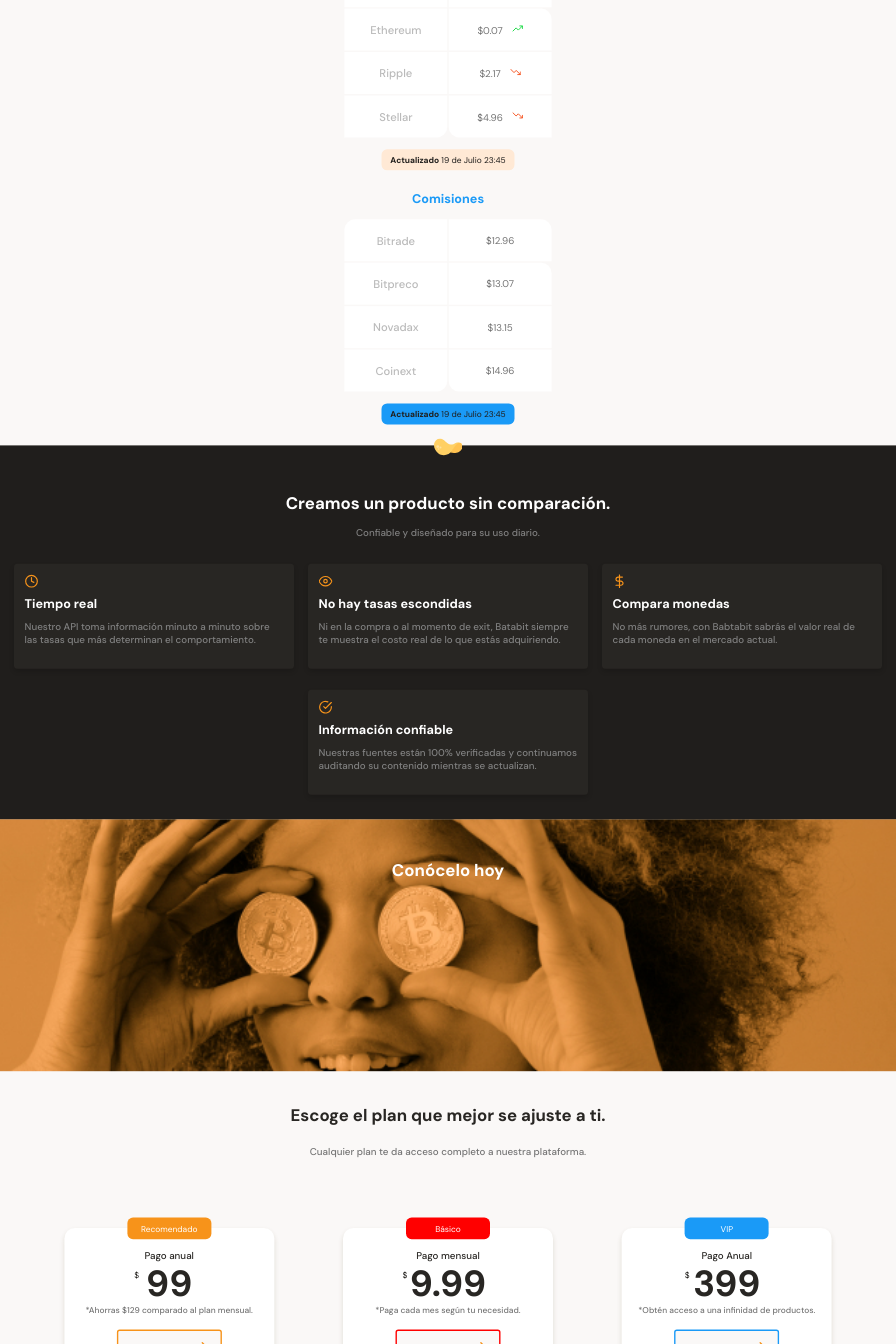
Repository: ChristianGecchelin/spa-full-css-html
Page: index.html
These files come from the project's save history. The page is drawn as it stood at one moment and after the next save; the edit follows.
The browser window is 1280 px wide. The pictures show the part of the page from y = 855 to 2775 px (the page is 3096 px tall), at 70% of full size.

Above is the page before, as saved 2021-11-29 23:43:22.

### index.html
<!DOCTYPE html>
<html lang="en">
  <head>
    <meta charset="UTF-8" />
    <meta http-equiv="X-UA-Compatible" content="IE=edge" />
    <meta name="viewport" content="width=device-width, initial-scale=1.0" />
    <title></title>
    <link rel="preconnect" href="https://fonts.googleapis.com" />
    <link rel="preconnect" href="https://fonts.gstatic.com" crossorigin />
    <link
      href="https://fonts.googleapis.com/css2?family=DM+Sans:wght@400;500;700&family=Inter:wght@300;500&display=swap"
      rel="stylesheet"
    />
    <link rel="stylesheet" href="./styles/styles.css" />
    <link
      rel="stylesheet"
      href="./styles/tablet.css"
      media="(min-width:930px)"
    />
  </head>
  <!-- shift+alt+A para comentar -->
  <body>
    <header>
      <!-- Las etiquetas principales no necesitan ponerle clase porque solo hay una en el archivo -->
      <img src="./assets/img/logo.svg" alt="logo" />
      <div class="header--title-container">
        <h1>La próxima revolución en el intercambio de criptomonedas.</h1>
        <p>
          Batatabit te ayuda a navegar entre los diferentes precios y
          tendencias.
        </p>
        <a class="header--button" href="#plans"
          >Conoce Nuestros Planes <span></span
        ></a>
      </div>
    </header>
    <main>
      <section class="main-exchange-container">
        <div class="backgroundImg"></div>
        <div class="main-exchange-container--title">
          <h2>Visibilizamos todas las tasas de cambio.</h2>
          <p>
            Traemos información en tiempo real de las casas de cambio y las
            monedas más importantes del mundo.
          </p>
        </div>
        <section class="main-tables-container">
          <!-- creo otra seccion porque tengo mucha información para mostrar -->
          <div class="main-currency-table">
            <p class="currency-table--title">Monedas</p>
            <div class="currency-table--container">
              <table>
                <tr>
                  <!-- table row --><!-- table data, info de la tabla -->
                  <td class="table__top-left">Bitcoin</td>
                  <td class="table__top-right table__right">
                    $1.96 <span class="down"></span>
                  </td>
                </tr>
                <tr>
                  <td>Ethereum</td>
                  <td class="table__top-right table__right">
                    $0.07 <span class="up"></span>
                  </td>
                </tr>
                <tr>
                  <td>Ripple</td>
                  <td class="table__right">$2.17 <span class="down"></span></td>
                </tr>
                <tr>
                  <td class="table__bottom-left">Stellar</td>
                  <td class="table__bottom-right table__right">
                    $4.96 <span class="down"></span>
                  </td>
                </tr>
              </table>
            </div>
            <div class="currency-table--date">
              <p><b>Actualizado</b> 19 de Julio 23:45</p>
            </div>
          </div>
          <div class="main-comissions-table">
            <p class="comissions-table--title">Comisiones</p>
            <div class="comissions-table--container">
              <table>
                <tr>
                  <!-- table row --><!-- table data, info de la tabla -->
                  <td class="table__top-left">Bitrade</td>
                  <td class="table__top-right table__right">$12.96</td>
                </tr>
                <tr>
                  <td>Bitpreco</td>
                  <td class="table__top-right table__right">$13.07</td>
                </tr>
                <tr>
                  <td>Novadax</td>
                  <td class="table__right">$13.15</td>
                </tr>
                <tr>
                  <td class="table__bottom-left">Coinext</td>
                  <td class="table__bottom-right table__right">$14.96</td>
                </tr>
              </table>
            </div>
            <div class="comissions-table--date">
              <p><b>Actualizado</b> 19 de Julio 23:45</p>
            </div>
          </div>
        </section>
      </section>
      <section class="main-product-detail">
        <span class="product-detail--batata-logo"></span>
        <div class="product-detail--title">
          <h2>Creamos un producto sin comparación.</h2>
          <p>Confiable y diseñado para su uso diario.</p>
        </div>
        <section class="product-cards--container">
          <article class="product-detail--card">
            <span class="clock"></span>
            <p class="product--card-title">Tiempo real</p>
            <p class="product--card-body">
              Nuestro API toma información minuto a minuto sobre las tasas que
              más determinan el comportamiento.
            </p>
          </article>
          <article class="product-detail--card">
            <span class="eye"></span>
            <p class="product--card-title">No hay tasas escondidas</p>
            <p class="product--card-body">
              Ni en la compra o al momento de exit, Batabit siempre te muestra
              el costo real de lo que estás adquiriendo.
            </p>
          </article>
          <article class="product-detail--card">
            <span class="dollar"></span>
            <p class="product--card-title">Compara monedas</p>
            <p class="product--card-body">
              No más rumores, con Babtabit sabrás el valor real de cada moneda
              en el mercado actual.
            </p>
          </article>
          <article class="product-detail--card">
            <span class="check"></span>
            <p class="product--card-title">Información confiable</p>
            <p class="product--card-body">
              Nuestras fuentes están 100% verificadas y continuamos auditando su
              contenido mientras se actualizan.
            </p>
          </article>
        </section>
      </section>
      <section class="bitcoin-img-container">
        <h2>Conócelo hoy</h2>
      </section>
      <section id="plans" class="main-plans-container">
        <div class="plans--title">
          <h2>Escoge el plan que mejor se ajuste a ti.</h2>
          <p>Cualquier plan te da acceso completo a nuestra plataforma.</p>
        </div>
        <section class="plans-container--slider">
          <article class="plans-container--card">
            <p class="recomendado">Recomendado</p>
            <div class="plan-info-container">
              <h3 class="plan-card--title">Pago anual</h3>
              <p class="plan-card--price"><span class="chico">$</span> 99</p>
              <p class="plan-card--saving">
                *Ahorras $129 comparado al plan mensual.
              </p>
              <button class="plan-card--ca">Escoger este <span></span></button>
            </div>
          </article>
          <article class="plans-container--card">
            <p class="basico">Básico</p>
            <div class="plan-info-container">
              <h3 class="plan-card--title">Pago mensual</h3>
              <p class="plan-card--price"><span class="ancho">$</span> 9.99</p>
              <p class="plan-card--saving">
                *Paga cada mes según tu necesidad.
              </p>
              <button class="plan-card--car">Escoger este <span></span></button>
            </div>
          </article>
          <article class="plans-container--card">
            <p class="vip">VIP</p>
            <div class="plan-info-container">
              <h3 class="plan-card--title">Pago Anual</h3>
              <p class="plan-card--price"><span class="normal">$</span> 399</p>
              <p class="plan-card--saving">
                *Obtén acceso a una infinidad de productos.
              </p>
              <button class="plan-card--cab">Escoger este <span></span></button>
            </div>
          </article>
        </section>
      </section>
    </main>
    <footer>
      <section class="left">
        <ul>
          <li><a href="#">Linkedin</a></li>
          <li><a href="#">Github</a></li>
          <li><a href="#">Twitter</a></li>
        </ul>
      </section>
      <section class="right">
        <img src="assets/img/logo-footer.svg" alt="Logo Batabit 2020" />
      </section>
    </footer>
  </body>
</html>

### styles/styles.css
/* shift+alt+A para comentar */
/*  1° estilos relacionados a posicionamiento
    2° Modelo de caja (box model width height lo que da dimensión)
    3° Tipografías
    4° Visuales (sombras)
    5° Otros */
:root {
  /* colores (creo variables para no andar buscando los codigos */
  --bitcoin-orange: #f7931a;
  --soft-orange: #ffe9d5;
  --secondary-blue: #1a9af7;
  --soft-blue: #e7f5ff;
  --warm-black: #201e1c;
  --black: #282623;
  --grey: #bababa;
  --off-white: #faf8f7;
  --just-white: #fff;
}
* {
  box-sizing: border-box;
  margin: 0;
  padding: 0;
}
html {
  font-size: 62.5%;
  font-family: "DM Sans", sans-serif;
}
header {
  position: relative;
  display: flex;
  flex-direction: column;
  justify-content: center;
  width: 100%;
  min-width: 320px; /* dimensión más chica en moviles */
  height: 334px;
  text-align: center;
  background: linear-gradient(
    207.8deg,
    #201e1c 16.69%,
    #f7931a 100%
  ); /* el fondo con gradiente */
}
header img {
  width: 150px;
  height: 24px;
  margin-top: 60px;
  align-self: center; /* alineo al hijo (el padre debe tener flex) este caso es alineado horizontal porque el flex-direction es column */
}
.header--title-container {
  width: 90%; /* ocupa el 90% entre 288 y 900px */
  min-width: 288px;
  max-width: 900px;
  height: 218px;
  margin-top: 40px;
  text-align: center;
  align-self: center; /* centro el contenedor */
}
.header--title-container h1 {
  font-size: 2.4rem;
  font-weight: 700;
  line-height: 2.6rem;
  color: var(
    --just-white
  ); /* llamo la variable que cree en root para los colores */
}
.header--title-container p {
  margin-top: 25px;
  font-size: 1.4rem;
  font-weight: 500;
  line-height: 1.8rem;
  color: var(--soft-orange);
}
.header--title-container .header--button {
  position: absolute;
  top: 270px;
  left: calc(
    50% - 118px
  ); /* es importante dejar espacios entre el signo menos y los valores */
  display: block;
  margin-top: 35px;
  padding: 15px;
  width: 229px;
  height: 48px;
  background-color: var(--off-white);
  font-size: 1.4rem;
  font-weight: 700;
  text-decoration: none;
  color: var(--black);
  /* sombras */
  box-shadow: 0px 4px 8px rgba(89, 73, 30, 0.16);
  border: none;
  border-radius: 5px;
}
.header--button span {
  display: inline-block;
  width: 13px;
  height: 8px;
  margin-left: 10px;
  background-image: url(../assets/icons/down-arrow.svg);
}
main {
  width: 100%;
  height: auto;
  background-color: var(--off-white);
  min-width: 320px;
}
.main-exchange-container {
  width: 100%;
  height: auto;
  padding-top: 80px;
  padding-bottom: 30px;
  text-align: center;
}
.main-exchange-container--title {
  width: 90%;
  min-width: 288px;
  max-width: 900px;
  margin: 0 auto;
}
.main-exchange-container .backgroundImg {
  /* le tengo que dar dimensiones porque en el html la imagen no existe */
  width: 200px;
  height: 200px;
  margin: 0 auto;
  margin-bottom: 50px;
  background-image: url(../assets/img/Bitcoin.svg);
  background-size: cover;
  background-position: center;
  background-repeat: no-repeat; /* con estas propiedades de background garantizo que la imagen siempre va a estar centrada y que ocupe el espacio correcto */
}
.main-exchange-container h2 {
  margin-bottom: 30px;
  font-size: 2.4rem;
  font-weight: 700;
  line-height: 2.6rem;
  color: var(--black);
}
.main-exchange-container p {
  margin-bottom: 30px;
  font-size: 1.4rem;
  font-weight: 500;
  line-height: 1.6rem;
  color: #757575;
}
.main-currency-table .main-comissions-table {
  width: 70%;
  min-width: 235px;
  max-width: 500px;
  height: 360px;
  margin: 0 auto;
  font-family: "inter", "sans-serif";
}
.main-currency-table .currency-table--title,
.main-comissions-table .comissions-table--title {
  margin-bottom: 15px;
  font-size: 1.8rem;
  font-weight: bold;
  line-height: 2.3rem;
  color: var(--bitcoin-orange);
}
.main-comissions-table .comissions-table--title {
  margin-top: 30px;
  color: var(--secondary-blue);
}
.main-currency-table .currency-table--container,
.main-comissions-table .comissions-table--container {
  width: 90%;
  min-width: 230px;
  max-width: 300px;
  height: 250px;
  margin: 0 auto;
}
.currency-table--container table,
.comissions-table--container table {
  width: 100%;
  height: 100%;
}
.currency-table--container td,
.comissions-table--container td {
  width: 50%;
  font-size: 1.6rem;
  font-weight: 500;
  line-height: 1.9rem;
  color: var(--grey);
  background-color: var(--just-white);
}
.currency-table--container .table__top-left,
.comissions-table--container .table__top-left {
  border-radius: 15px 0 0 0;
}
.currency-table--container .table__top-right,
.comissions-table--container .table__top-right {
  border-radius: 0 15px 0 0;
}
.currency-table--container .table__bottom-left,
.comissions-table--container .table__bottom-left {
  border-radius: 0 0 15px 0;
}
.currency-table--container .table__bottom-right,
.comissions-table--container .table__bottom-right {
  border-radius: 0 0 0 15px;
}
.currency-table--container .table__right,
.comissions-table--container .table__right {
  font-size: 1.4rem;
  font-weight: normal;
  line-height: 1.7rem;
  color: #757575;
}
.currency-table--container .down,
.main-comissions-table .down {
  display: inline-block;
  width: 15px;
  height: 15px;
  margin-left: 10px;
  background-image: url(../assets/icons/trending-down.svg);
  background-size: cover;
  background-position: center;
  background-repeat: no-repeat;
}
.currency-table--container .up,
.main-comissions-table .up {
  display: inline-block;
  width: 15px;
  height: 15px;
  margin-left: 10px;
  background-image: url(../assets/icons/trending-up.svg);
  background-size: cover;
  background-position: center;
  background-repeat: no-repeat;
}
.currency-table--date,
.comissions-table--date {
  width: 190px;
  height: 30px;
  margin: 0 auto;
  margin-top: 15px;
  padding: 8px;
  background-color: var(--soft-orange);
  border-radius: 8px;
}
.comissions-table--date {
  background-color: var(--secondary-blue);
}
.currency-table--date p,
.comissions-table--date p {
  font-size: 1.2rem;
  line-height: 1.5rem;
  color: var(--warm-black);
  font-weight: 300;
}
.main-product-detail {
  position: relative;
  width: 100%;
  min-width: 320px;
  height: auto;
  padding: 20px 10px;
  background-color: var(--warm-black);
}
.product-detail--batata-logo {
  position: absolute;
  width: 40px;
  height: 25px;
  top: -10px;
  left: calc(50% - 20px); /* 20px porque es la mitad del width */
  background-image: url(../assets/icons/batata.svg);
}
.product-detail--title {
  width: 90%;
  min-width: 288px;
  height: auto;
  margin: 0 auto;
  margin-top: 50px;
  text-align: center;
}
.product-detail--title h2 {
  margin-bottom: 20px;
  font-size: 2.4rem;
  font-weight: 700;
  line-height: 2.6rem;
  color: var(--just-white);
}
.product-detail--title {
  margin-bottom: 20px;
  font-size: 1.4rem;
  font-weight: 500;
  line-height: 1.8rem;
  color: #808080;
}
.product-detail--card {
  width: 90%;
  min-width: 288px;
  max-width: 400px;
  height: 150px;
  margin: 15px auto;
  padding: 15px;
  background-color: var(--black);
  border-radius: 5px;
  box-shadow: 0 4px 8px rgba(0, 0, 0, 0.16);
}
.product-detail--card .clock {
  display: inline-block;
  width: 20px;
  height: 20px;
  margin-bottom: 10px;
  background-image: url(../assets/icons/clock.svg);
  background-size: cover;
  background-position: center;
  background-repeat: no-repeat;
}
.product-detail--card .eye {
  display: inline-block;
  width: 20px;
  height: 20px;
  margin-bottom: 10px;
  background-image: url(../assets/icons/eye.svg);
  background-size: cover;
  background-position: center;
  background-repeat: no-repeat;
}
.product-detail--card .dollar {
  display: inline-block;
  width: 20px;
  height: 20px;
  margin-bottom: 10px;
  background-image: url(../assets/icons/dollar-sign.svg);
  background-size: cover;
  background-position: center;
  background-repeat: no-repeat;
}
.product-detail--card .check {
  display: inline-block;
  width: 20px;
  height: 20px;
  margin-bottom: 10px;
  background-image: url(../assets/icons/check-circle.svg);
  background-size: cover;
  background-position: center;
  background-repeat: no-repeat;
}
.product--card-title {
  margin-bottom: 15px;
  font-size: 1.8rem;
  font-weight: 700;
  line-height: 1.8rem;
  color: var(--just-white);
}
.product--card-body {
  font-size: 1.4rem;
  font-weight: 500;
  line-height: 1.8rem;
  color: #808080;
}
.bitcoin-img-container {
  width: 100%;
  min-width: 320px;
  height: 50vh;
  background-image: url("../assets/img/bitcoinbaby2x.jpg");
  background-position: center;
  background-size: cover;
  background-repeat: no-repeat;
  text-align: center;
}
.bitcoin-img-container h2 {
  padding-top: 60px;
  font-size: 2.4rem;
  font-weight: 700;
  line-height: 2.6rem;
  color: var(--just-white);
}
.main-plans-container {
  width: 100%;
  min-width: 320px;
  padding-bottom: 70px;
  text-align: center;
}
.main-plans-container .plans--title {
  width: 90%;
  min-width: 288px;
  height: auto;
  margin: 0 auto;
  margin-bottom: 50px;
}
.main-plans-container .plans--title h2 {
  margin-top: 50px;
  font-size: 2.4rem;
  font-weight: 700;
  line-height: 2.6rem;
  color: var(--black);
}
.main-plans-container .plans--title p {
  padding-top: 30px;
  font-size: 1.4rem;
  font-weight: 500;
  line-height: 1.8rem;
  color: #757575;
}
.plans-container--slider {
  display: flex;
  gap: 5px;
  height: 316px;
  margin-right: 45px;
  margin-left: 45px;
  overflow-y: hidden;
  overflow-x: scroll; /* agrego un scroll para que no me cree un overflow horizontal */
  overscroll-behavior-x: contain;
  scroll-snap-type: x proximity;
}
.plans-container--card {
  position: relative;
  scroll-snap-align: center; /* si quedo entre dos tarjetas me lleva al centro de la mas proxima */
  width: 70%;
  min-width: 230px;
  max-width: 300px;
  height: 250px;
  margin: 50px auto 0;
  padding: 0 15px;
  background-color: var(--just-white);
  border-radius: 15px;
  box-shadow: 0 4px 8px rgba(89, 73, 30, 0.16);
}
.recomendado {
  position: absolute;
  width: 120px;
  height: 31px;
  background-color: var(--bitcoin-orange);
  top: -15px;
  left: calc(50% - 60px);
  padding: 8px;
  font-size: 1.2rem;
  border-radius: 8px;
  color: var(--just-white);
}
.vip {
  position: absolute;
  width: 120px;
  height: 31px;
  background-color: var(--secondary-blue);
  top: -15px;
  left: calc(50% - 60px);
  padding: 8px;
  font-size: 1.2rem;
  border-radius: 8px;
  color: var(--just-white);
}
.basico {
  position: absolute;
  width: 120px;
  height: 31px;
  background-color: red;
  top: -15px;
  left: calc(50% - 60px);
  padding: 8px;
  font-size: 1.2rem;
  border-radius: 8px;
  color: var(--just-white);
}
.plan-card--title {
  padding-top: 30px;
  font-size: 1.4rem;
  font-weight: 500;
  line-height: 1.8rem;
  color: var(--black);
}
.plan-card--price {
  position: relative;
  padding: 5px 0;
  font-size: 5.2rem;
  font-weight: 700;
  line-height: 5.3rem;
  color: var(--black);
}
.plan-card--price .chico {
  position: absolute;
  top: -6px;
  left: calc(50% - 50px);
  font-size: 1.2rem;
  font-weight: 300;
}
.plan-card--price .normal {
  position: absolute;
  top: -6px;
  left: calc(50% - 60px);
  font-size: 1.2rem;
  font-weight: 300;
}
.plan-card--price .ancho {
  position: absolute;
  top: -6px;
  left: calc(50% - 65px);
  font-size: 1.2rem;
  font-weight: 300;
}
.plan-card--saving {
  font-size: 1.2rem;
  font-weight: 500;
  line-height: 1.4rem;
  color: #757575;
}
.plan-card--ca {
  width: 150px;
  height: 48px;
  margin-top: 20px;
  background-color: #faf8f7;
  border: 2px solid var(--bitcoin-orange);
  border-radius: 4px;
  font-family: "DM Sans", "sans-serif";
  font-size: 1.4rem;
  font-weight: 700;
  line-height: 1.8rem;
  color: var(--black);
}
.plan-card--cab {
  width: 150px;
  height: 48px;
  margin-top: 20px;
  background-color: #faf8f7;
  border: 2px solid var(--secondary-blue);
  border-radius: 4px;
  font-family: "DM Sans", "sans-serif";
  font-size: 1.4rem;
  font-weight: 700;
  line-height: 1.8rem;
  color: var(--black);
}
.plan-card--ca span {
  display: inline-block;
  width: 20px;
  height: 20px;
  background-image: url("../assets/icons/orange-right-arrow.svg");
  vertical-align: text-bottom; /* alinea el texto */
}
.plan-card--cab span {
  display: inline-block;
  width: 20px;
  height: 20px;
  background-image: url("../assets/icons/orange-right-arrow.svg");
  vertical-align: text-bottom; /* alinea el texto */
}
.plan-card--car {
  width: 150px;
  height: 48px;
  margin-top: 20px;
  background-color: #faf8f7;
  border: 2px solid red;
  border-radius: 4px;
  font-family: "DM Sans", "sans-serif";
  font-size: 1.4rem;
  font-weight: 700;
  line-height: 1.8rem;
  color: var(--black);
}

.plan-card--car span {
  display: inline-block;
  width: 20px;
  height: 20px;
  background-image: url("../assets/icons/orange-right-arrow.svg");
  vertical-align: text-bottom; /* alinea el texto */
}
footer {
  display: flex;
  width: 100%;
  height: 150px;
  background-color: var(--bitcoin-orange);
}
footer section {
  display: flex;
  width: 50%;
  justify-content: center;
  align-items: center;
}
footer .left ul {
  font-size: 1.4rem;
  font-weight: 500;
  line-height: 1.8rem;
  list-style: none;
}
.left li {
  margin: 10px 0;
}
.left a {
  text-decoration: none;
  color: var(--just-white);
}

### styles/tablet.css
.product-cards--container {
  display: flex;
  flex-wrap: wrap;
}
.plans-container--slider {
  justify-content: center;
  overflow-x: hidden;
}

After the next save:
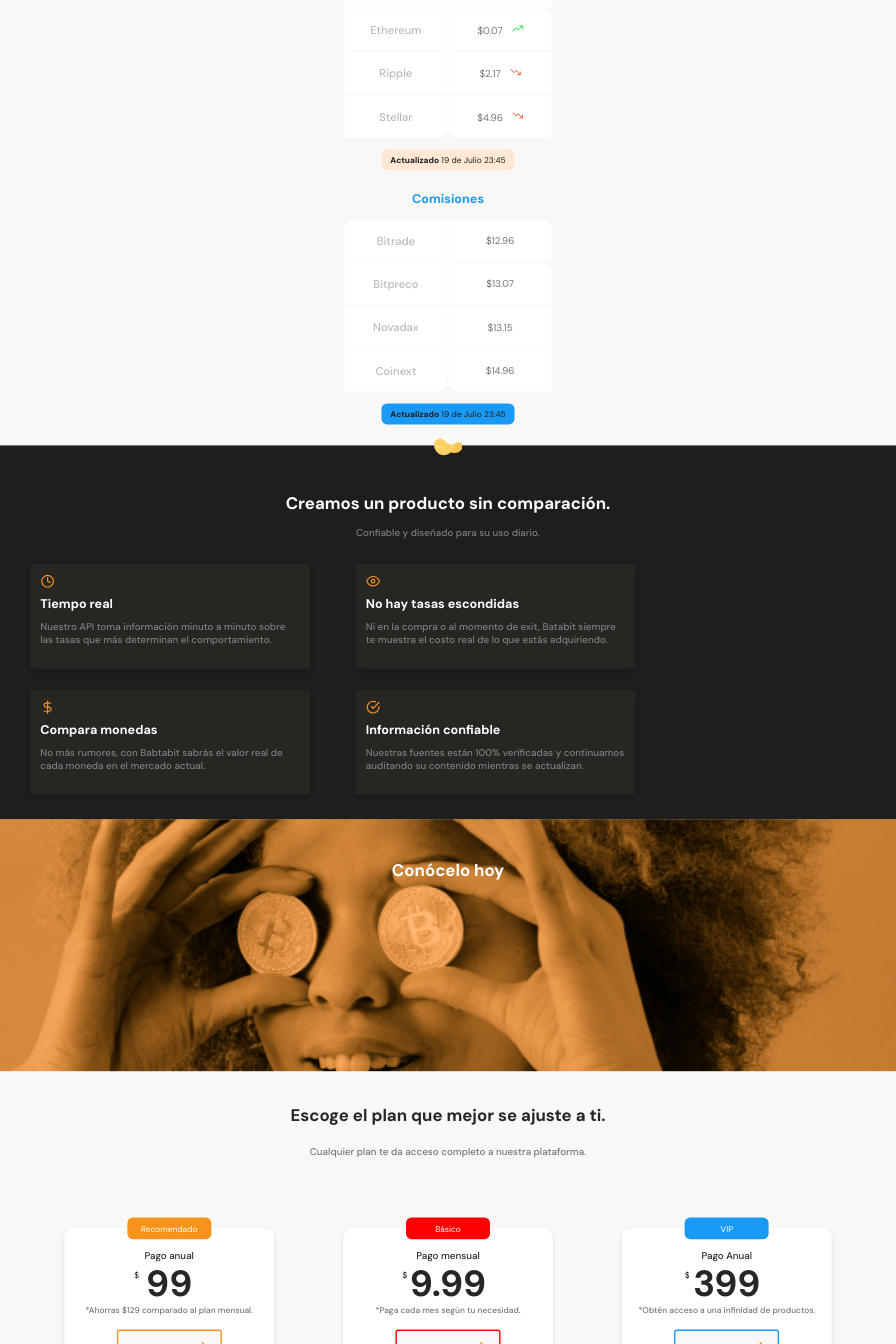
Saved 13 s later.
--- a/styles/tablet.css
+++ b/styles/tablet.css
@@ -1,6 +1,7 @@
 .product-cards--container {
   display: flex;
   flex-wrap: wrap;
+  width: 930px;
 }
 .plans-container--slider {
   justify-content: center;
